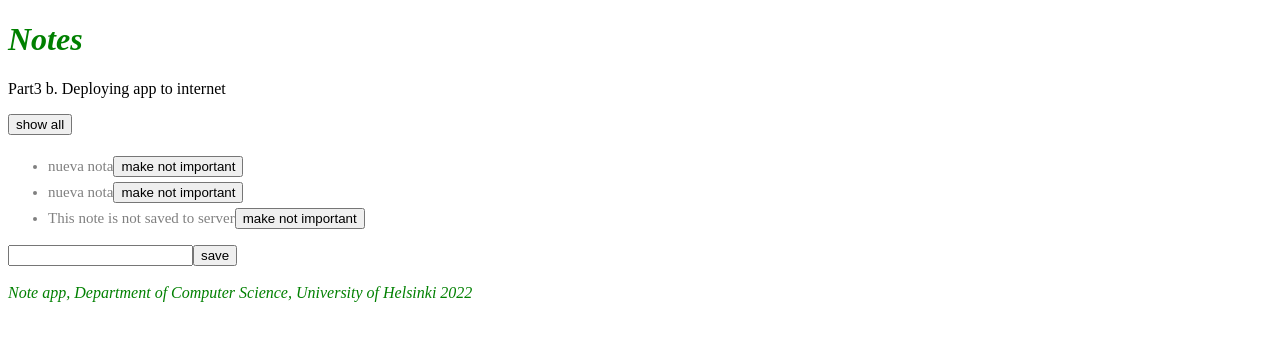
Repository: mariocapitbrok/helsinki-fullstack-notesApp
Page: / (app in client/)
These files come from the project's save history. The page is drawn as it stood at one moment and after the next save; the edit follows.
The browser window is 1280 px wide. The pictures show the whole page.
The page's requests for data from a server got no answer. The project was rebuilt for these pictures with package versions that can differ from the ones it lists, and the page was loaded fresh each time. No one was signed in, and anything a server would have sent is missing. Requests to the local data server were answered from the project's data file.

Above is the page before, as saved 2022-03-20 13:04:46.

### client/src/App.js
import React, { useState, useEffect } from 'react'
import Note from './components/Note'
import noteService from './services/notes'
import './index.css'

const Notification = ({ message }) => {
  if (message === null) {
    return null
  }

  return <div className="error">{message}</div>
}

const Footer = () => {
  const footerStyle = {
    color: 'green',
    fontStyle: 'italic',
    fontSize: 16,
  }

  return (
    <div style={footerStyle}>
      <br />
      <em>
        Note app, Department of Computer Science, University of Helsinki 2022
      </em>
    </div>
  )
}

const App = () => {
  const [notes, setNotes] = useState([])
  const [newNote, setNewNote] = useState('')
  const [showAll, setShowAll] = useState(false)
  const [errorMessage, setErrorMessage] = useState(null)

  useEffect(() => {
    noteService.getAll().then((initialNotes) => {
      setNotes(initialNotes)
    })
  }, [])

  const toggleImportanceOf = (id) => {
    const note = notes.find((note) => note.id === id)
    const changedNote = { ...note, important: !note.important }

    noteService
      .update(id, changedNote)
      .then((returnedNote) => {
        setNotes(notes.map((note) => (note.id !== id ? note : returnedNote)))
      })
      .catch((error) => {
        setErrorMessage(
          `Note '${note.content}' was already removed from server`
        )
        setTimeout(() => {
          setErrorMessage(null)
        }, 5000)
        setNotes(notes.filter((n) => n.id !== id))
      })
  }

  const addNote = (event) => {
    event.preventDefault()
    const noteObject = {
      content: newNote,
      date: new Date(),
      important: Math.random() > 0.5,
    }

    noteService.create(noteObject).then((returnedNote) => {
      setNotes([...notes, returnedNote])
      setNewNote('')
    })
  }

  const handleNoteChange = (event) => {
    //console.log(event.target.value)
    setNewNote(event.target.value)
  }

  const notesToShow = showAll ? notes : notes.filter((note) => note.important)

  return (
    <div>
      <h1>Notes</h1>
      <p>Part3 b. Deploying app to internet</p>
      <Notification message={errorMessage} />
      <div>
        <button onClick={() => setShowAll(!showAll)}>
          show {showAll ? 'important' : 'all'}
        </button>
      </div>
      <ul>
        {notesToShow.map((note) => (
          <Note
            key={note.id}
            note={note}
            toggleImportance={() => toggleImportanceOf(note.id)}
          />
        ))}
      </ul>
      <form onSubmit={addNote}>
        <input value={newNote} onChange={handleNoteChange} />
        <button type="submit">save</button>
      </form>
      <Footer />
    </div>
  )
}

export default App

### client/src/components/Note.js
import React from 'react'

const Note = ({ note, toggleImportance }) => {
  const label = note.important ? 'make not important' : 'make important'
  return (
    <li className="note">
      {note.content}
      <button onClick={toggleImportance}>{label}</button>
    </li>
  )
}

export default Note

### client/src/services/notes.js
import axios from 'axios'
const baseUrl = 'http://localhost:3001/notes'

const getAll = () => {
  const request = axios.get(baseUrl)
  const nonExisting = {
    id: 10000,
    content: 'This note is not saved to server',
    date: '2009-05-30T17:30:31.098Z',
    important: true,
  }
  return request.then((response) => response.data.concat(nonExisting))
}

const create = (newObject) => {
  const request = axios.post(baseUrl, newObject)
  return request.then((response) => response.data)
}

const update = (id, newObject) => {
  const request = axios.put(`${baseUrl}/${id}`, newObject)
  return request.then((response) => response.data)
}

export default { getAll, create, update }

### client/db.json
{
  "notes": [
    {
      "id": 1,
      "content": "HTML is easy",
      "date": "2019-05-30T17:30:31.098Z",
      "important": false
    },
    {
      "id": 2,
      "content": "Browser can execute only JavaScript",
      "date": "2019-05-30T18:39:34.091Z",
      "important": false
    },
    {
      "id": 3,
      "content": "GET and POST are the most important methods of HTTP protocol",
      "date": "2019-05-30T19:20:14.298Z",
      "important": false
    },
    {
      "content": "nueva nota",
      "date": "2022-01-20T23:11:23.135Z",
      "important": true,
      "id": 4
    },
    {
      "content": "nueva nota",
      "date": "2022-01-20T23:13:05.598Z",
      "important": true,
      "id": 5
    },
    {
      "content": "mario",
      "date": "2022-02-10T11:24:36.694Z",
      "important": false,
      "id": 6
    }
  ]
}

Loaded but not shown: client/public/index.html (common file); client/src/index.js (common file); client/src/index.css (common file)

After the next save:
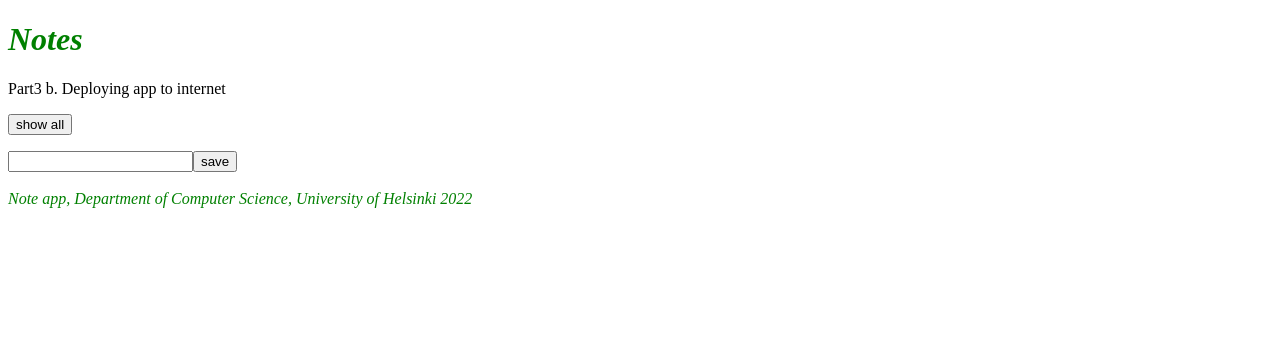
Saved 16 min 0 s later.
--- a/client/src/services/notes.js
+++ b/client/src/services/notes.js
@@ -1,5 +1,5 @@
 import axios from 'axios'
-const baseUrl = 'http://localhost:3001/notes'
+const baseUrl = 'http://localhost:3001/api/notes'
 
 const getAll = () => {
   const request = axios.get(baseUrl)
